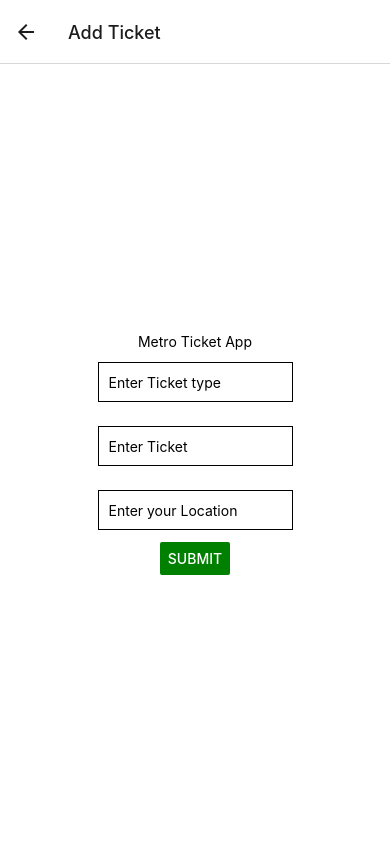
Repository: VishnuJG/Metro-Employee-App
Screen: /Add Ticket
These files come from the project's save history. The screen is drawn as it stood at one moment and after the next save; the edit follows.
The app was drawn by React Native's web renderer in a window 390 px wide. The project was rebuilt for these pictures with package versions that can differ from the ones it lists, and the page was loaded fresh each time. Also part of the build but not shown: components/Task.js, components/EmployeeTable.js.

Above is the screen before, as saved 2022-06-30 16:11:23.

### App.js
import { StatusBar } from 'expo-status-bar';
import React, { useState,useEffect } from "react";
import { StyleSheet, Text, View, TextInput, Button, Alert} from 'react-native';
import { useDimensions } from '@react-native-community/hooks';
import Task from './components/Task';
import { NavigationContainer } from '@react-navigation/native';
import { createNativeStackNavigator } from '@react-navigation/native-stack';
import EmployeeForm from './components/EmployeeForm';
import Home from './components/Home';
import EmployeeTable from './components/EmployeeTable';

const Stack = createNativeStackNavigator();

export default function App() {

  return (
    <NavigationContainer>
      <Stack.Navigator>
        <Stack.Screen
          name="Home"
          component={Home}
          options={{ title: 'Home' }}
        />
        <Stack.Screen name="Add Ticket" component={EmployeeForm} />
        <Stack.Screen name="View Tickets" component={EmployeeTable} />
      </Stack.Navigator>
    </NavigationContainer>
  );

}

### components/EmployeeForm.js
import { StatusBar } from 'expo-status-bar';
import React, { useState,useEffect,useRef  } from "react";
import { StyleSheet, Text, View, TextInput, Button, Alert} from 'react-native';

export default function EmployeeForm({ navigation }) {

    const firstUpdate  = useRef(true);

    const [employees,setEmployees] = useState([])

    const [emp, onEmpUpdate] = useState({
        name: "",
        email:"",
        location:""
      });

    const handleChange = (name,val)=>{
      onEmpUpdate(prevValue => {
        return {
          ...prevValue,
          [name]:val
        }
      })
    }

    useEffect(() => {
      if ( firstUpdate .current ) {
        firstUpdate .current = false;
        return;
      }
      console.log(employees);
      onEmpUpdate({
        name: "",
        email:"",
        location:""
      });
      Alert.alert('Employee Added')
    }, [employees])


    const onSubmit=(e)=>{
      e.preventDefault();
      // if(!emp.name){
      //   Alert.alert('Invalid Name', 'Invalid Name field',[{text: 'Okay', onPress:()=>{console.log("Okay Pressed")}},{text: 'No', onPress:()=>{console.log("No Pressed")}}])
      // }
      // else if(!emp.location){
      //   Alert.alert('Invalid Location', 'Invalid Name field',[{text: 'Okay', onPress:()=>{console.log("Okay Pressed")}},{text: 'No', onPress:()=>{console.log("No Pressed")}}])
      // }
      // else if(!emp.email){
      //   Alert.alert('Invalid Email', 'Invalid Email field',[{text: 'Okay', onPress:()=>{console.log("Okay Pressed")}},{text: 'No', onPress:()=>{console.log("No Pressed")}}])
      // }
      // else if(!/\S+@\S+\.\S+/.test(emp.email)){
      //   Alert.alert('Invalid Email', 'Invalid Email field',[{text: 'Okay', onPress:()=>{console.log("Okay Pressed")}},{text: 'No', onPress:()=>{console.log("No Pressed")}}])
      // }
      // if(!id){
      //   Alert.alert('Invalid Id', 'Invalid ID field',[{text: 'Okay', onPress:()=>{console.log("Okay Pressed")}},{text: 'No', onPress:()=>{console.log("No Pressed")}}])
      // }

      setEmployees(prevValue => {
        return [...prevValue,emp]
      })





    }

    return (
      <View style={styles.container} >
          <View style={styles.container}>
          <Text>Metro Ticket App</Text>

          <TextInput
            style={styles.input}
            onChangeText={(val) => handleChange('name',val)}
            placeholder="Enter Ticket type"
            value={emp.name}
          />
          <TextInput
            style={styles.input}
            onChangeText={(val) => handleChange('email',val)}
            value={emp.email}
            placeholder="Enter Ticket "
          />
          <TextInput
            style={styles.input}
            onChangeText={(val) => handleChange('location',val)}
            value={emp.location}
            placeholder="Enter your Location"
          />

          <Button title="Submit"
            color="green"
            onPress={onSubmit}
            />
        </View>

      </View>
    );
  }

  const styles = StyleSheet.create({
    container: {
      flex: 1,
      flexDirection: 'column',
      backgroundColor: '#fff',
      alignItems: 'center',
      justifyContent: 'center',
      fontSize: 20,
      // paddingTop:20,
      width:'100%',
    },
    input: {
      height: 40,
      margin: 12,
      borderWidth: 1,
      width:'50%',
      padding: 10,
    },

  });

### components/Home.js
import { StatusBar } from 'expo-status-bar';
import { StyleSheet, Text,Button, View } from 'react-native';

export default function Home({ navigation }) {
  return (
    <View style={styles.container}>

        <View style={styles.button}>
          <Button title="Add Ticket"
              onPress={() =>
                  navigation.navigate('Add Ticket')
              }
          />
        </View>

        <View style={styles.button}>
          <Button title="View Tickets"
              onPress={() =>
                  navigation.navigate('View Tickets')
              }
          />
        </View>

    </View>
  );
}

const styles = StyleSheet.create({
  container: {
    flex: 1,
    backgroundColor: '#fff',
    alignItems: 'center',
    justifyContent: 'center',
  },
  button:{
    margin:20
  }
});

After the next save:
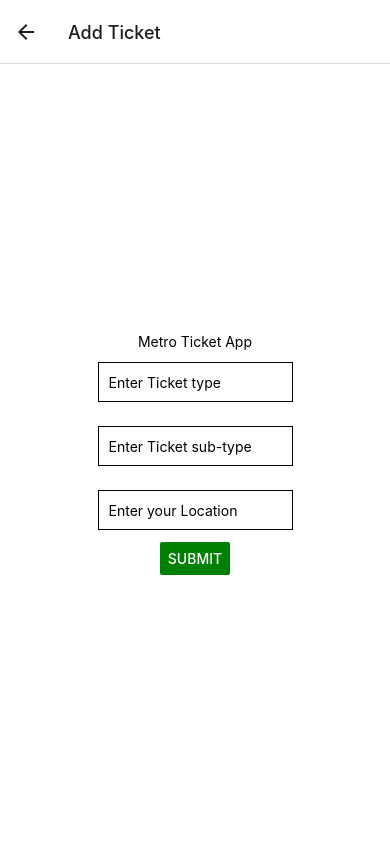
Saved 6 s later.
--- a/components/EmployeeForm.js
+++ b/components/EmployeeForm.js
@@ -81,7 +81,7 @@ export default function EmployeeForm({ navigation }) {
             style={styles.input}
             onChangeText={(val) => handleChange('email',val)}
             value={emp.email}
-            placeholder="Enter Ticket "
+            placeholder="Enter Ticket sub-type"
           />
           <TextInput
             style={styles.input}
